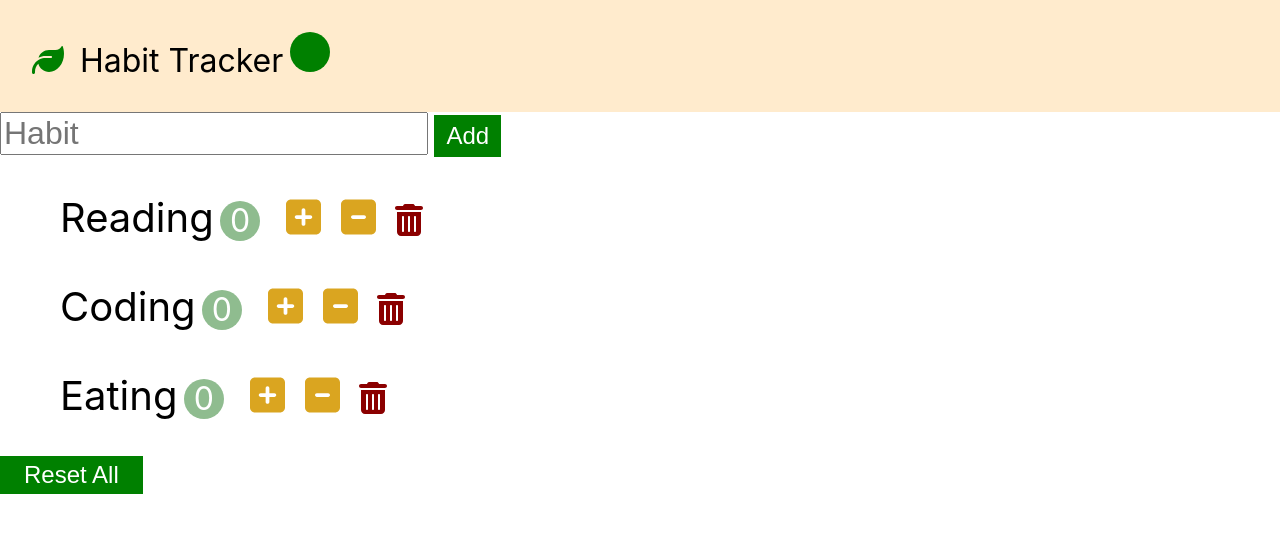
Repository: parkhyeonki/habit_tracker
Page: /
These files come from the project's save history. The page is drawn as it stood at one moment and after the next save; the edit follows.
The browser window is 1280 px wide. The pictures show the whole page.
The project was rebuilt for these pictures with package versions that can differ from the ones it lists, and the page was loaded fresh each time.

Above is the page before, as saved 2022-03-05 16:35:11.

After the next save:
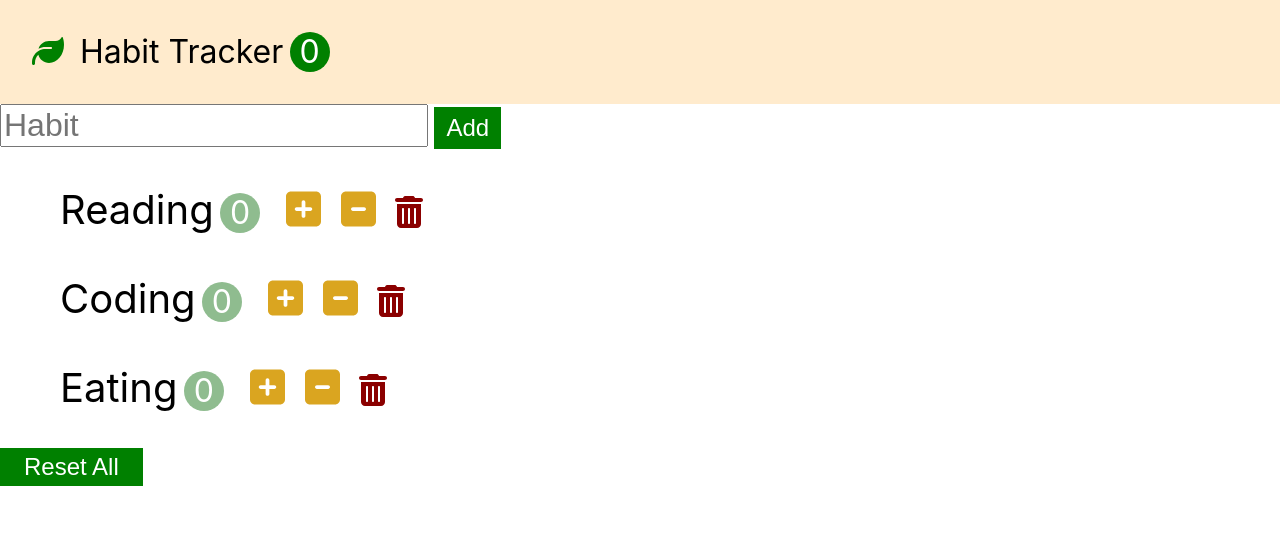
Saved 11 s later.
--- a/src/components/navbar.jsx
+++ b/src/components/navbar.jsx
@@ -7,7 +7,7 @@ const Navbar = (props) => {
         <i class="fa-solid fa-leaf"></i>
       </span>
       <span>Habit Tracker</span>
-      <span className="navbar-count">{props.count}</span>
+      <span className="navbar-count">{props.habitCount}</span>
     </nav>
   );
 };
